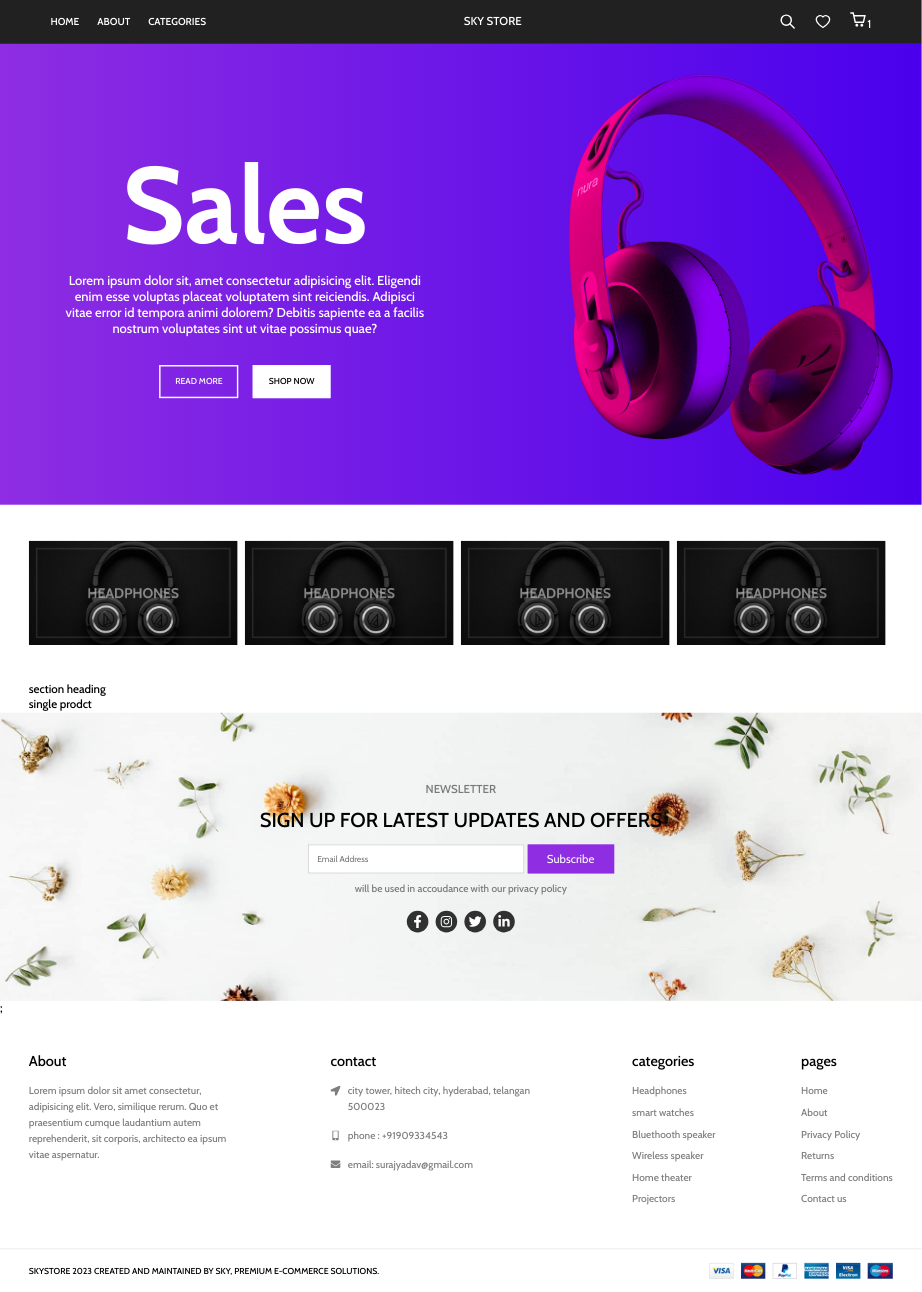
Repository: suraj-yadav7/ecommerce
Page: /
These files come from the project's save history. The page is drawn as it stood at one moment and after the next save; the edit follows.
The browser window is 1280 px wide. The pictures show the whole page, at 72% of full size.
The project was rebuilt for these pictures with package versions that can differ from the ones it lists, and the page was loaded fresh each time. Also part of the build but not shown: src/components/Products/Product/Product.scss, src/components/Products/Products.scss, src/components/Category/Category.scss, src/components/Category/Category.jsx, src/components/SingleProduct/SingleProduct.scss, src/components/SingleProduct/SingleProduct.jsx, src/App.scss, src/components/Header/Search/Search.scss and 3 more.

Above is the page before, as saved 2023-06-19 11:41:24.

### src/index.jsx
import React from 'react';
import ReactDOM from 'react-dom/client';
import './index.scss';
import App from './App';
import { Provider } from 'react-redux';
import store from './store/store';

const root = ReactDOM.createRoot(document.getElementById('root'));
root.render(
<Provider store={store}>
    <App />
</Provider>
);

### src/App.jsx
import React from 'react';
import { BrowserRouter as Router, Routes, Route } from 'react-router-dom';
import Home from "./components/Home/Home"
import Category from "./components/Category/Category"
import SingleProduct from "./components/SingleProduct/SingleProduct"
import './App.scss';
import Header from './components/Header/Header';
import Footer from './components/Footer/Footer';
import Newsletter from './components/Footer/Newsletter/Newsletter';

function App() {
  return (
   <>
   <Router>
    <Header/>
    <Routes>
        <Route exact path="/" element={<Home/>} />
        <Route exact path="/category/:id" element={<Category/>} />
        <Route exact path="/product/:id" element={<SingleProduct/>} />
    </Routes>
    <Newsletter/>
    <Footer />
   </Router>
   </>
  );
}

export default App;

### src/store/store.jsx
import { configureStore } from "@reduxjs/toolkit";
import productSlice from "./slices/productSlice";


const store = configureStore({
    reducer:{
        product:productSlice
    }
})

export default store;

### src/components/Home/Home.jsx
import { useDispatch, useSelector } from "react-redux";
import "./Home.scss";
import { addElement } from "../../store/slices/productSlice";
import Banner from "./Banner/Banner";
import Category from "../Home/Category/Category";
import Products from "../Products/Products";


const Home = () => {
    const dispatch = useDispatch()
    const data = useSelector((state) => state.product.data)
    return (
        <>
            <div className="home">
                <Banner />
                <div className="main-content">
                    <div className="layout">
                        <Category />
                        <Products />
                    </div>
                </div>
            </div>
        </>

    )
};

export default Home;

### src/components/Header/Header.jsx
import "./Header.scss";
import Search from "./Search/Search"
import Cart from "../Cart/Cart"
import { TbSearch } from "react-icons/tb"
import { CgShoppingCart } from "react-icons/cg"
import { AiOutlineHeart } from "react-icons/ai"
import "./Header.scss"
import { useEffect, useState } from "react";

const Header = () => {
    const [scrollVal, setScrollVal] = useState(false)
    const handleScroll = ()=>{
        const offset = window.scrollY;
        console.log(offset)
        if(offset > 200){
            setScrollVal(true)
        }
        else{
            setScrollVal(false)
        }
    }
    useEffect(()=>{
        window.addEventListener("scroll", handleScroll)
    },[])

    return (
        <>
            <header className={`main-header ${scrollVal? "sticky-header":""}`}>
                <div className="header-content">
                    <ul className="left" >
                        <li>Home</li>
                        <li>About</li>
                        <li>Categories</li>
                    </ul>
                    <div className="center"> SKY STORE</div>
                    <div className="right">
                        <TbSearch />
                        <AiOutlineHeart />
                        <span className="cart-icon">
                            <CgShoppingCart />1
                        </span>
                    </div>
                </div >
            </header >
        </>
    )
};

export default Header;

### src/components/Footer/Footer.jsx
import React from "react";
import "./Footer.scss";
import { FaLocationArrow, FaMobileAlt, FaEnvelope } from "react-icons/fa";
import Payment from "../../assets/payments.png";
const Footer = () => {
    return (
        <footer className="footer">
            <div className="footer-content">
                <div className="col">
                    <div className="title" > About</div>
                    <div className="text">Lorem ipsum dolor sit amet consectetur, adipisicing elit. Vero, similique rerum. Quo et praesentium cumque laudantium autem reprehenderit, sit corporis, architecto ea ipsum vitae aspernatur. </div>
                </div>
                <div className="col">
                    <div className="title" > contact</div>
                    <div className="c-item">
                        <FaLocationArrow />
                        <div className="text">city tower, hitech city, hyderabad, telangan 500023</div>
                    </div>
                    <div className="c-item">
                        <FaMobileAlt />
                        <div className="text">phone : +91909334543</div>
                    </div>
                    <div className="c-item">
                        <FaEnvelope />
                        <div className="text">email: surajyadav@gmail.com</div>
                    </div>

                </div>
                <div className="col">
                    <div className="title" > categories</div>
                    <div className="text">Headphones</div>
                    <div className="text">smart watches</div>
                    <div className="text">Bluethooth speaker</div>
                    <div className="text">Wireless speaker</div>
                    <div className="text">Home theater</div>
                    <div className="text">Projectors</div>
                </div>
                <div className="col">
                    <div className="title" > pages</div>
                    <div className="text">Home</div>
                    <div className="text">About</div>
                    <div className="text">Privacy Policy</div>
                    <div className="text">Returns</div>
                    <div className="text">Terms and conditions</div>
                    <div className="text">Contact us</div>
                </div>
            </div>
            <div className="bottom-bar">
                <div className="bottom-bar-content">
                    <div className="text">
                        SKYSTORE 2023 CREATED AND MAINTAINED BY SKY, PREMIUM E-COMMERCE SOLUTIONS.
                    </div>
                    <img src={Payment} alt="payment-options"/>
                </div>
            </div>
        </footer>
    )
};
export default Footer;

### src/components/Footer/Newsletter/Newsletter.jsx
import React from "react";
import {
    FaFacebookF,
    FaTwitter,
    FaInstagram,
    FaLinkedinIn,
} from "react-icons/fa";
import "./Newsletter.scss"

const Newsletter = () => {
    return (
    <>
        <div className="newsletter-section">
            <div className="newsletter-content">
                <span className="small-text" >Newsletter</span>
                <span className="big-text"> Sign up for latest updates and offers</span>
                <div className="form">
                    <input type="text" placeholder="Email Address" />
                    <button className="btn-sub">Subscribe</button>
                </div>
                <div className="text">will be used in accoudance with our privacy policy </div>
                <div className="social-icons">
                    <div className="icon">
                        <FaFacebookF size={18} />
                    </div>
                    <div className="icon">
                        <FaInstagram size={18} />
                    </div>
                    <div className="icon">
                        <FaTwitter size={18} />
                    </div>
                    <div className="icon">
                        <FaLinkedinIn size={18} />
                    </div>

                </div>
            </div>
        </div>;
    </>
    )
};
export default Newsletter;

### src/store/slices/productSlice.jsx
import { createSlice } from "@reduxjs/toolkit";

const productSlice = createSlice({
    name:"productSlice",
    initialState:{
        data:["lg", "sansung", "onida"],
        loading:false,
        error:null
    },

    reducers:{
        addElement:(state, action)=>{
            state.data.push(action.payload)
        },

    },

    extraReducers:{

    }


})

export default productSlice.reducer

export const {addElement}= productSlice.actions;

### src/components/Home/Home.scss
@import "../../css-config/mixins.scss";

.main-content{
    max-width: calc(100% - 20px);
    margin: 0 auto;
    @include md{
        max-width: 1200px;
    }
}

### src/components/Home/Banner/Banner.jsx
import "./Banner.scss";
import BannerImg from '../../../assets/banner-img.png'
const Banner = () => {
    return(
        <>
        <div className="hero-banner">
            <div className="content">
                <div className="text-content">
                    <h1>Sales</h1>
                    <p>Lorem ipsum dolor sit, amet consectetur adipisicing elit. Eligendi enim esse voluptas placeat voluptatem sint reiciendis. Adipisci vitae error id tempora animi dolorem? Debitis sapiente ea a facilis nostrum voluptates sint ut vitae possimus quae?</p>
                    <div className="ctas">
                        <div className="banner-cta">Read More</div>
                        <div className="banner-cta v2">Shop now</div>
                    </div>
                </div>
                <img src={BannerImg}className="banner-img" alt="banner-img"></img>
            </div>

        </div>

        </>
)
};

export default Banner;

### src/components/Home/Category/Category.jsx
import React from "react";
import cart1 from "../../../assets/category/cat-1.jpg"
import "./Category.scss";
const Category = () => {
    return (
    <>
        <div className="shop-by-category">
            <div className="categories">
                <div className="category">
                    <img src={cart1} alt=""/>
                </div>
                <div className="category">
                    <img src={cart1} alt=""/>
                </div>
                <div className="category">
                    <img src={cart1} alt=""/>
                </div>

                <div className="category">
                    <img src={cart1} alt=""/>
                </div>
            </div>

        </div>

    </>
    )
};

export default Category;

### src/components/Products/Products.jsx
import React from "react";
import Product from "./Product/Product"
import "./Products.scss";
const Products = () => {
    return (
        <>
        <div className="products-container">
            <div className="sec-heading">section heading</div>
            <div className="products">
                <Product />
            </div>
        </div>
        </>
        )
};

export default Products;

### src/components/Header/Header.scss
@import "../../css-config/mixins.scss";

.main-header {
    width: 100%;
    padding: 0 20px;
    background-color: #212121;
    color: white;
    border-bottom: 1px solid rgba(0, 0, 0, 0.1);
    z-index: 99;
    @include md {
        padding: 0 40px;
    }

    .header-content {
        display: flex;
        justify-content: space-between;
        align-items: center;
        height: 50px;
        max-width: 95%;
        margin: 0 auto;

        @include md {
            height: 60px;
        }

        .left {
            list-style-type: none;
            display: none;
            gap: 25px;

            @include md {
                display: flex;
            }

            li {
                font-size: 14px;
                font-weight: 600;
                text-transform: uppercase;
                cursor: pointer;
            }
        }

        •center {
            font-size: 22px;
            font-weight: 700;
            cursor: pointer;

            @include md {
                font-size: 33px;
                position: absolute;
                left: 50%;
                transform: translateX(-50%);
            }
        }

        .right {
            display: flex;
            align-items: center;
            gap: 20px;

            @include md {
                gap: 25px;
            }

            svg {
                font-size: 20px;
                cursor: pointer;

                @include md {
                    font-size: 24px;
                }
            }

            .cart-icon {
                position: relative;

                span {
                    min-width: 20px;
                    text-align: center;
                    background-color: #8e2de2;
                    padding: 2.5px;
                    position: absolute;
                    top: -5px;
                    right: -12px;
                    font-size: 12px;
                    line-height: 1;
                    border-radius: 10px;

                }
            }
        }

    }

    &.sticky-header{
        position: sticky;
        top:0;
        transform: translateY(-60);
        animation: stickyHeader 0.3s ease forwards;
    }
}

@keyframes stickyHeader{
    0%{
        transform: translateY(-60px);
    }
    100%{
        transform: translateY(0);
    }
}

### src/components/Footer/Footer.scss
@import "../../css-config/mixins.scss";

.footer {
    width: 100%;

    .footer-content {
        padding: 50px 20px;
        max-width: 1200px;
        margin: 0 auto;
        display: flex;
        flex-flow: wrap;
        gap: 20px;

        @include md {
            justify-content: space-between;
            padding: 50px 0;
        }

        .col {
            max-width: 300px;

            .title {
                margin-bottom: 20px;
                font-size: 20px;
            }

            .text {
                color: rgb(0, 0, 0, 0.5);
                font-size: 14px;
                margin-bottom: 8px;
            }

            .c-item {
                display: flex;
                margin-bottom: 10px;

                svg {
                    flex-shrink: 0;
                    font-size: 14px;
                    margin-right: 10px;
                    margin-top: 4px;
                    color: rgb(0, 0, 0, 0.5);

                }
            }
        }
    }

    .bottom-bar {
        border-top: 1px solid rgba(0, 0, 0, 0.1);
        .bottom-bar-content {
            padding: 20px;
            display: flex;
            align-items: center;
            flex-direction: column;
            text-align: center;
            gap: 10px;
            @include md {
                padding: 0;
                height: 60px;
                max-width: 1200px;
                margin: 0 auto;
                flex-direction: row;
                justify-content: space-between;
                text-align: left;
            }
            .text {
                font-size: 12px;
                color: Orgba (0, 0, 0, 0.5);
            }
        }
    }
}

### src/components/Footer/Newsletter/Newsletter.scss
@import "../../../css-config/mixins.scss";

.newsletter-section {
    width: 100%;
    height: 400px;
    display: flex;
    align-items: center;
    background: #f9f9f9 url("../../../assets/newsletter-bg.jpeg");
    background-position: center;
    background-repeat: no-repeat;
    background-size: cover;

    .newsletter-content {
        width: fit-content;
        display: flex;
        flex-direction: column;
        align-items: center;
        margin: 0 auto;
        text-align: center;

        .small-text {
            margin-bottom: 15px;
            text-transform: uppercase;
            color: rgba(0, 0, 0, 0.5);
        }

        .big-text {
            margin-bottom: 20px;
            font-size: 22px;
            line-height: 30px;
            font-weight: 500;
            text-transform: uppercase;
            padding: 0 30px;

            @include md {
                font-size: 28px;
            }
        }

        .form {
            display: flex;
            gap: 05px;
            margin-bottom: 10px;

            .btn-sub {
                outline: 0;
                border: 0;
                height: 40px;
                width: 100px;
                display: flex;
                align-items: center;
                justify-content: center;
                cursor: pointer;
                font-size: 16px;
                color: white;
                background-color: #8e2de2;
                border: 3px solid #8e2de2;

                @include md {
                    width: 120px;
                }
            }

            input {
                width: 200px;
                height: 40px;
                border-radius: 0;
                border: 1px solid rgba(0, 0, 0, 0.2);
                padding: 0 12px;
                font-size: 12px;
                outline: none;

                @include md {
                    width: 300px;
                }

            }


        }

        .text {
            margin-bottom: 20px;
            font-size: 14px;
            color: rgb(0, 0, 0, 0.5);
        }

        .social-icons {
            display: flex;
            gap: 10px;
            .icon {
                width: 30px;
                height: 30px;
                background-color: rgba(0, 0, 0, 0.8);
                border-radius: 50%;
                color: white;
                display: flex;
                justify-content: center;
                align-items: center;
            }
        }

        }
    }

### src/components/Home/Banner/Banner.scss
@import "../../../css-config/mixins.scss";

.hero-banner {
    padding: 40px 0;
    position: relative;
    background-image: linear-gradient(to right, #8e2de2, #4a00ed);
    @include md {
    height: calc(100vh - 80px) ;
    }
    .content{
    height: 100%;
    display: flex;
    justify-content: flex-end;
    align-items: center;
    flex-direction: column-reverse;
    max-width: calc(100% - 20px);
    margin: 0 auto;
    position: relative;
    @include md {
    flex-direction: row;
    max-width: 1200px;
    }
    .banner-img {
        position: relative;
        z-index: 9;
        width: 200px;
        margin-bottom: 20px;
        @include md{
            width: 450px;
            margin-right: 0px;
            margin-top: 0px;
            margin-bottom: 0;
        }
        @include xxl {
        width: 600px;
        margin-right: 0;
        margin-top: 0;
    }
    }
    .text-content {
        color: white;
        text-align: center;
        display: flex;
        flex-direction: column;
        align-items: center;
        @include md {
        position: absolute;
        left: 50px;
        top: 50%;
        transform: translateY(-50%) ;
        }
        @include xxl {
        left: 0;
        }
        h1{
            font-size: 80px;
            font-weight: 700;
            line-height: 1;
            margin-bottom: 20px;
            @include md{
                font-size: 150px;
            }
        }

        p{
            max-width: 300px;
            font-size: 14px;
            list-style: 20px;
            margin-bottom: 20px;
            @include md{
                max-width: 500px;
                font-size: 18px;
                line-height: 22px;
                margin-bottom: 40px;
            }
        }
        .ctas{
            display: flex;
            justify-content: center;
            gap: 20px;
            .banner-cta{
                text-transform: uppercase;
                font-size: 12px;
                font-weight: 500;
                width: fit-content;
                border: 2px solid white;
                padding: 10px 20px;
                cursor: pointer;
                &.v2{
                    background-color: white;
                    color: black;

                }
                &:hover{
                    opacity: 0.6;
                }
            }
        }
     }
    }
 }

### src/components/Home/Category/Category.scss
@import "../../../css-config/mixins.scss";

.shop-by-category {
    margin: 25px 0;
    @include md {
        margin: 50px 0;
    }
    .categories {
        display: flex;
        flex-flow: wrap;
        gap: 10px;
        .category {
            background-color: Oblack;
            width: calc(50% - 5px);
            cursor: pointer;
            overflow: hidden;
            @include md {
                width: calc(25% - 10px);
            }
            img {
                width: 100%;
                display: block;
                transition: all ease 0.3s;

            }
            &:hover{
                img{
                    transform: scale(1.2)
                }
            }
        }
    }
}

### src/components/Products/Product/Product.jsx
import "./Product.scss";
const Product = () => {
    return(
        <>
        <div className="demo">single prodct</div>
         </>
    )
};

export default Product;

Loaded but not shown: public/index.html (common file); src/index.scss (common file); src/css-config/mixins.scss (common file)

After the next save:
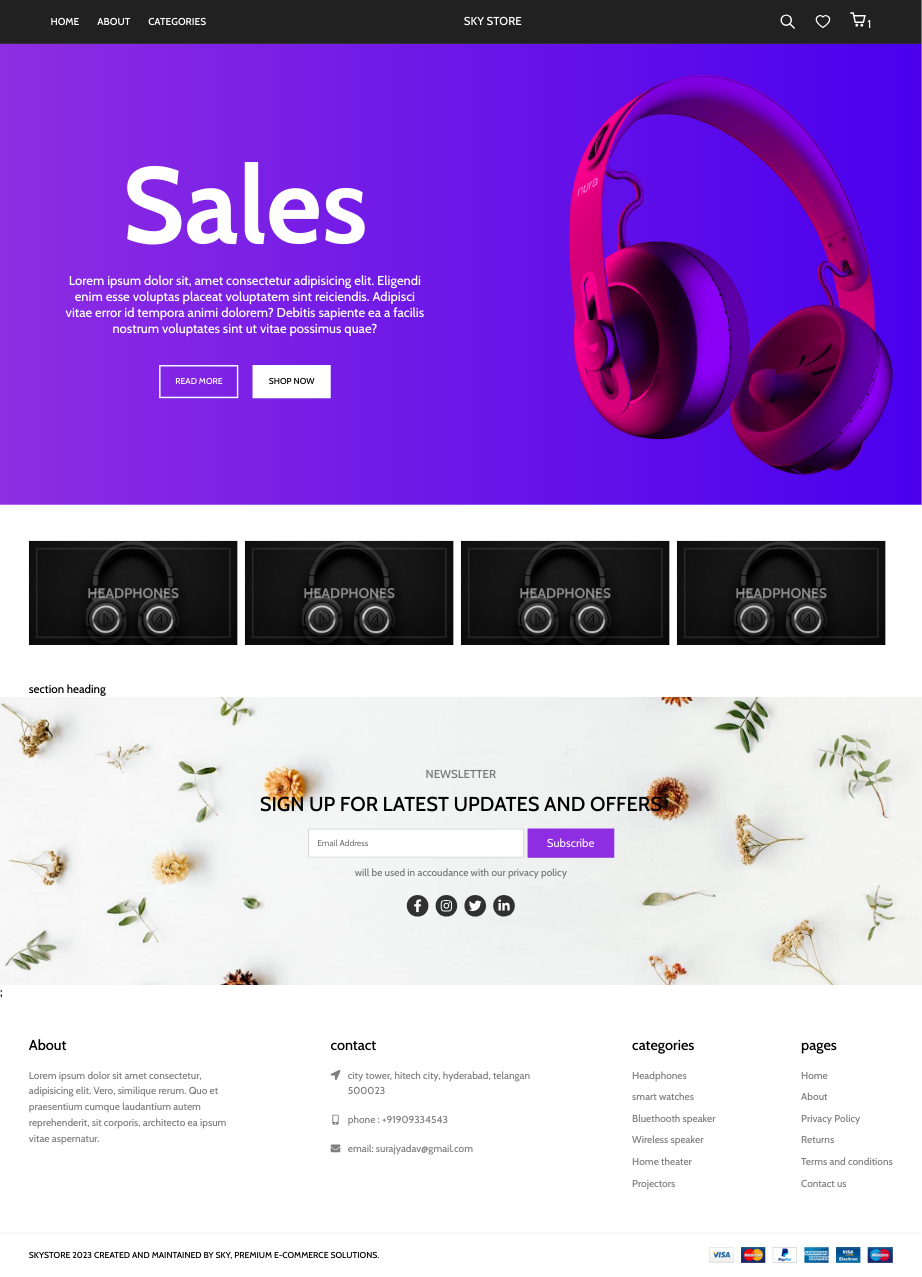
Saved 9 s later.
--- a/src/components/Products/Products.jsx
+++ b/src/components/Products/Products.jsx
@@ -7,7 +7,6 @@
         <div className="products-container">
             <div className="sec-heading">section heading</div>
             <div className="products">
-                <Product />
             </div>
         </div>
         </>
